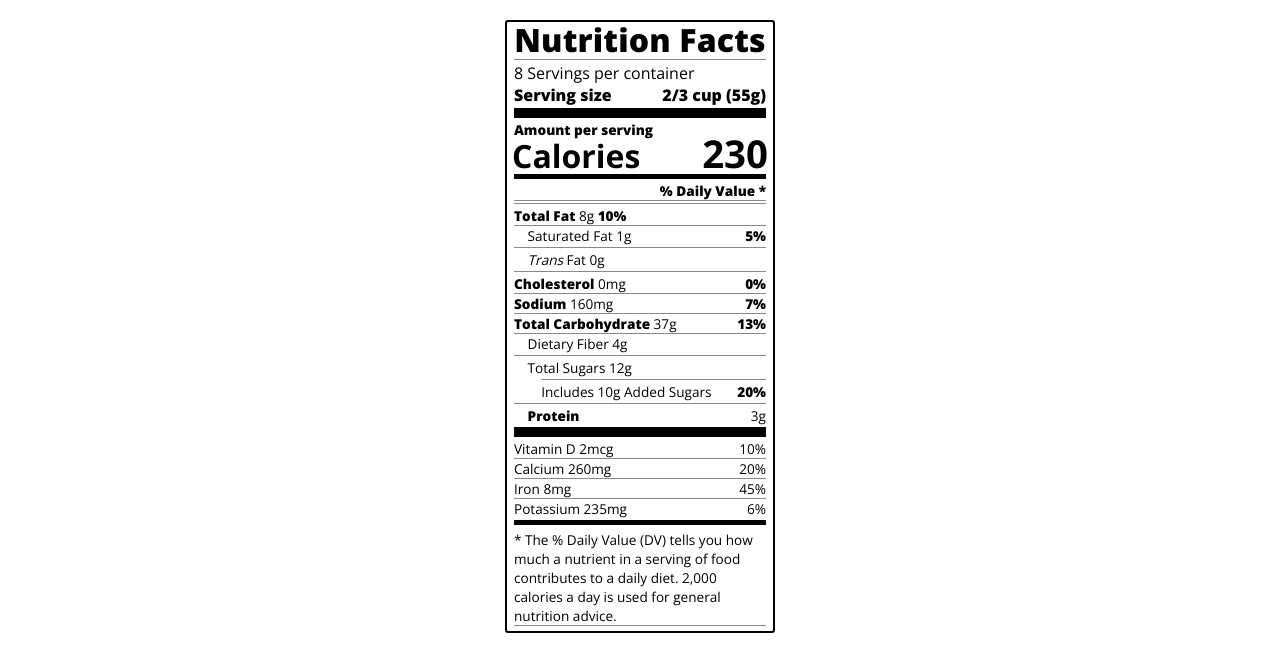
Repository: Lungdjos/typography
Page: index.html
An editor plug-in stored every save of this project. The page is shown before and after a run of saves, followed by the edit.
The browser window is 1280 px wide. The pictures show the whole page.

Above is the page before, as saved 2023-10-28 03:05:44.

### index.html
<!DOCTYPE html>
<html lang="en">

<head>
    <meta charset="UTF-8">
    <meta name="viewport" content="width=device-width, initial-scale=1.0">
    <title>Nutrition Label</title>
    <link rel="stylesheet" href="styles.css">
    <link rel="stylesheet" href="https://fonts.googleapis.com/css?family=Open+Sans:400,700,800">
</head>

<body>
    <div class="label">
        <header>
            <h1 class="bold">Nutrition Facts</h1>
            <div class="divider"></div>
            <p>8 Servings per container</p>
            <p class="bold">Serving size <span>2/3 cup (55g)</span></p>
        </header>
        <div class="divider large"></div>
        <div class="calories-info">
            <div class="left-container">
                <h2 class="bold small-text">Amount per serving</h2>
                <p>Calories</p>
            </div>
            <span>230</span>
        </div>
        <div class="divider medium"></div>
        <div class="daily-value small-text">
            <p class="bold right">% Daily Value *</p>
            <div class="divider"></div>
            <p><span><span class="bold">Total Fat</span> 8g <span class="bold">10%</span></span>
            </p>
            <p class="indent no-divider">Saturated Fat 1g <span class="bold">5%</span></p>
            <div class="divider"></div>
            <p class="indent no-divider"><span><i>Trans</i> Fat 0g</span></p>
            <div class="divider"></div>
            <p><span><span class="bold">Cholesterol </span> 0mg</span> <span class="bold">0%</span></p>
            <p><span><span class="bold">Sodium</span> 160mg</span> <span class="bold">7%</span></p>
            <p><span><span class="bold">Total Carbohydrate</span> 37g</span> <span class="bold">13%</span></p>
            <p class="indent no-divider">Dietary Fiber 4g</p>
            <div class="divider"></div>
            <p class="indent no-divider">Total Sugars 12g</p>
            <div class="divider double-indent"></div>
            <p class="double-indent no-divider">Includes 10g Added Sugars <span class="bold">20%</span></p>
            <div class="divider"></div>
            <p class="indent no-divider"><span class="bold">Protein</span> 3g</p>
            <div class="divider large"></div>
            <p class="">Vitamin D 2mcg<span class="">10%</span></p>
            <p class=""> Calcium 260mg<span class="">20%</span></p>
            <p class="">Iron 8mg <span class="">45%</span></p>
            <p class="no-divider">Potassium 235mg <span class="">6%</span></p>
            <div class="medium divider"></div>
            <p class="note">* The % Daily Value (DV) tells you how much a nutrient in a serving of food contributes to a daily diet. 2,000 calories a day is used for general nutrition advice.</p>
        </div>
    </div>

</body>

</html>

### styles.css
body {
    font-family: "Open Sans", sans-serif;
}

html {
    font-size: 16px;
}

.label {
    border: 2px solid black;
    width: 270px;
    margin: 20px auto;
    padding: 0 7px;
    border-radius: 3px;
}

* {
    box-sizing: border-box;
}

header h1 {
    text-align: center;
    margin: -4px 0;
    letter-spacing: .15PX;
}

p {
    margin: 0;
    display: flex;
    justify-content: space-between;
}

.divider {
    border-bottom: 1px solid #888989;
    margin: 2px 0;
}

.bold {
    font-weight: 800;
}

.large {
    height: 10px;
}

.large,
.medium {
    background-color: black;
    border: 0;
}

.small-text {
    font-size: .85rem;
}

.calories-info h2 {
    margin: 0;
}

.calories-info {
    display: flex;
    justify-content: space-between;
    align-items: flex-end;
}

.left-container p {
    margin: -5px -2px;
    font-size: 2em;
    font-weight: 700;
}

.calories-info span {
    font-size: 2.4em;
    font-weight: 700;
    margin: -7px -2px;
}

.medium {
    height: 5px;
}

.right {
    justify-content: flex-end;
}

.indent {
    margin-left: 1em;
}

.daily-value p:not(.no-divider) {
    border-bottom: 1px solid #888989;
}

.double-indent {
    margin-left: 2em;
}

.note {
    margin: 5px 0;
    font-size: ;
}

After the next 2 saves:
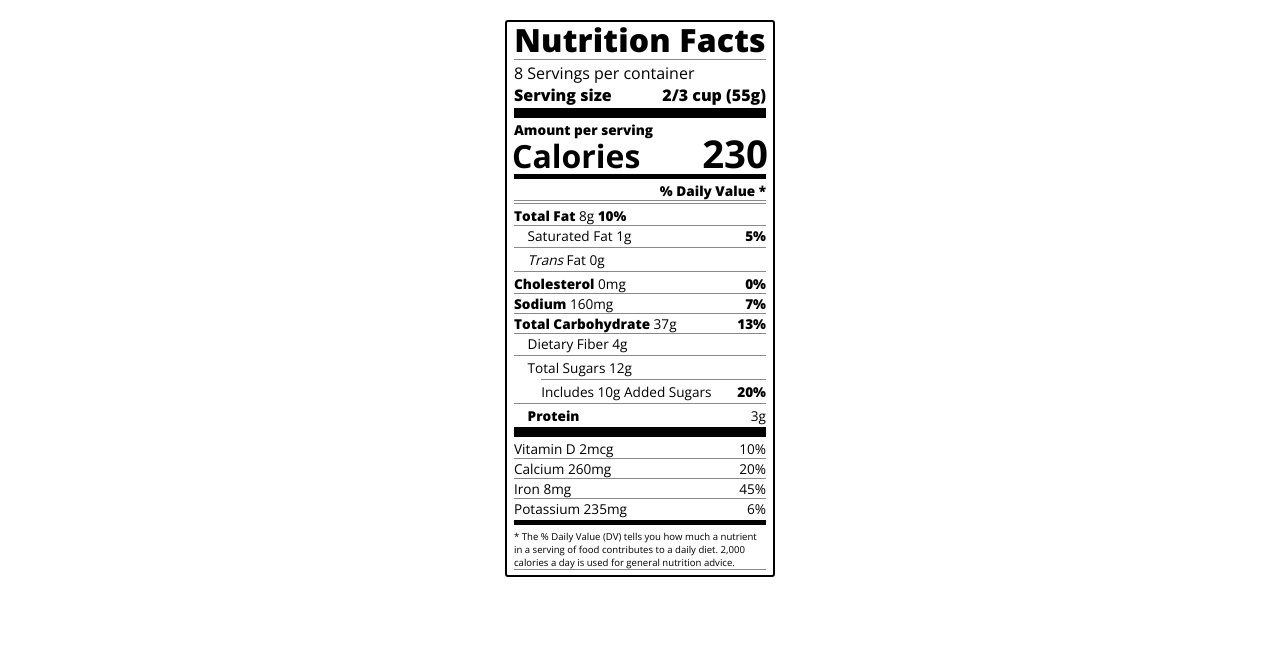
The 2 saves are shown as one change because they came seconds apart.
The last was saved 5 s later.
--- a/styles.css
+++ b/styles.css
@@ -97,5 +97,5 @@ p {
 
 .note {
     margin: 5px 0;
-    font-size: ;
+    font-size: .6rem;
 }
